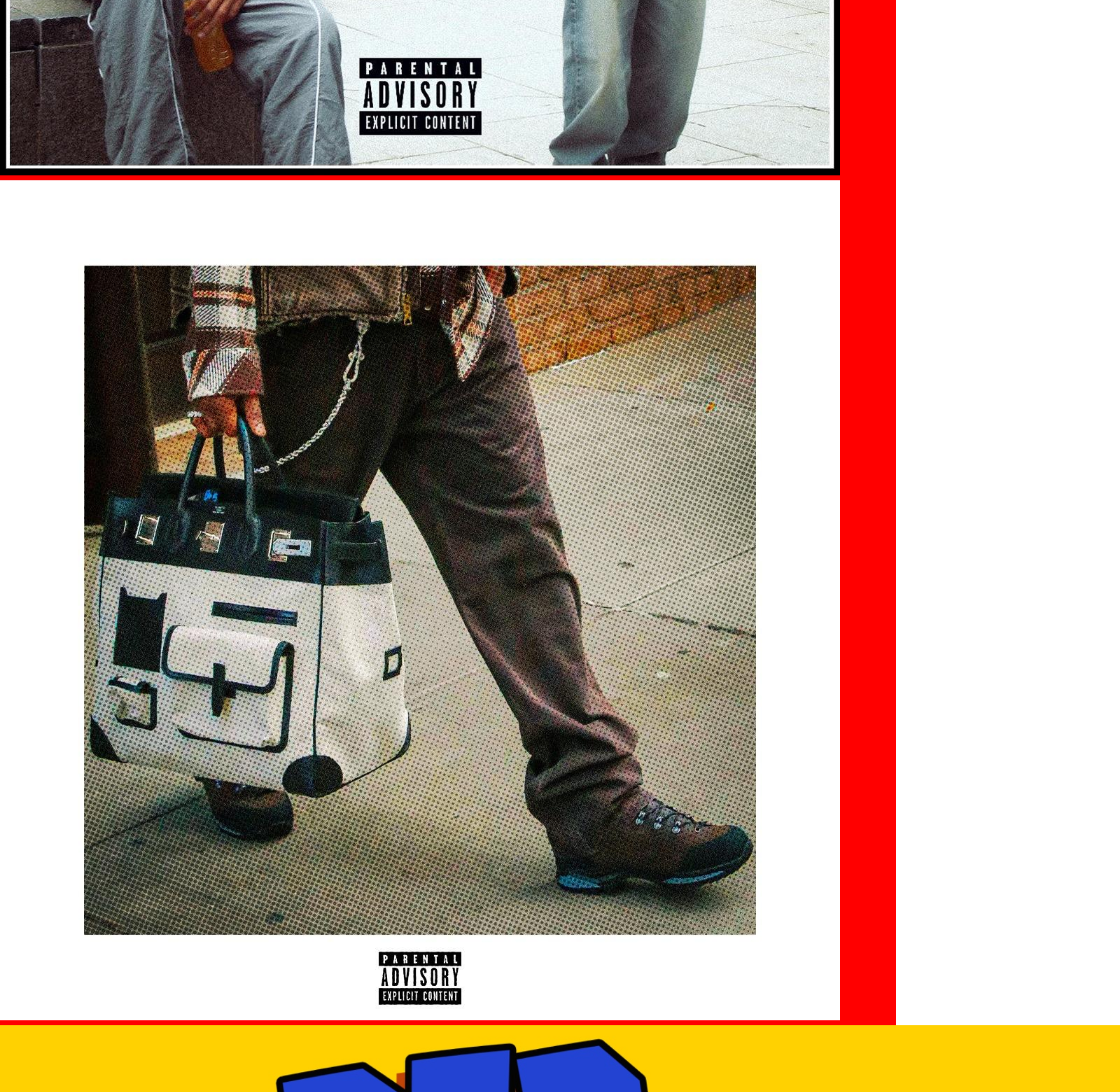
Repository: 313Kody/313plug-Site-Officiel
Page: index.html
An editor plug-in stored every save of this project. The page is shown before and after the next save, followed by the edit.
The browser window is 1280 px wide. The page is 1600 px wide, so the pictures cover 1600 px, including what lies to the right of the window. The pictures show the part of the page from y = 1619 to 3179 px (the page is 4690 px tall before and 4669 px after), at 70% of full size.
Some web fonts or font styles are not loaded; a fallback is used.

Above is the page before, as saved 2024-11-22 15:05:16.

### index.html
<!DOCTYPE html>
<html lang="en">
<head>
   <meta charset="UTF-8">
   <meta name="viewport" content="width=device-width, initial-scale=1.0">
   <title>313plug - Site Officiel</title>
   <link rel="stylesheet" href="CSS/styles.css">
   <link href="https://fonts.googleapis.com/css2?family=Fugaz+One&family=Poppins:wght@100;200;300;400;500;600;700;800;900&display=swap" rel="stylesheet">
</head>
<body>
   <section class="hautdepage">
      <nav class="main-nav">
         <!-- Logo toujours visible -->
         <div class="logo">
            <a href="index.html">
               <img src="images/313_logo_Lamauve-removebg-preview.png" alt="logo du groupe">
            </a>
         </div>

         <!-- Navbar en liens (cachée sur mobile) -->
         <ul class="nav-links hideOnMobile">
            <li><a href="musique.html" target="_blank">Musique</a></li>
            <li><a href="propos.html" target="_blank">À propos</a></li>
            <li><a href="réseau.html" target="_blank">Nos Réseaux</a></li>
         </ul>

         <!-- Icône de menu pour la sidebar (visible uniquement sur mobile) -->
         <div class="menu-button" onclick="showsidebar()">
            <svg xmlns="http://www.w3.org/2000/svg" height="28px" viewBox="0 -960 960 960" width="28px" fill="#000000">
               <path d="M120-240v-80h720v80H120Zm0-200v-80h720v80H120Zm0-200v-80h720v80H120Z"/>
            </svg>
         </div>
      </nav>

      <!-- Sidebar (initialement cachée) -->
      <aside class="sidebar" id="sidebar">
         <ul>
            <li onclick="hidesidebar()">
               <a href="#"><svg xmlns="http://www.w3.org/2000/svg" height="28px" viewBox="0 -960 960 960" width="28px" fill="#000000"><path d="m256-200-56-56 224-224-224-224 56-56 224 224 224-224 56 56-224 224 224 224-56 56-224-224-224 224Z"/></svg></a>
            </li>
            <li><a href="musique.html" target="_blank">Musique</a></li>
            <li><a href="propos.html" target="_blank">À propos</a></li>
            <li><a href="réseau.html" target="_blank">Nos Réseaux</a></li>
         </ul>
      </aside>
      <script>
         function showsidebar(){
            const sidebar = document.querySelector('.sidebar');
            sidebar.style.display = 'flex';
         }
         function hidesidebar(){
            const sidebar = document.querySelector('.sidebar');
            sidebar.style.display = 'none';
         }
      </script>

      <div class="landing-page">
         <h1 class="big-title">Découvrez la musique des artistes dans la 313plug: Shade, Lamauve et Kody !</h1>
      </div>
<!--
       <div class="button">
         <a class="button-style" href="propos.html" class="button">À propos</a>
      </div> -->

   </section>
      <section class="music">
      <h1 class="section-title">
         La musique de la 313plug
      </h1>
      <div class="cover-flex">
         <div class="cover-box">
            <img src="images/313.SHIT COVER.jpg" alt="cover 313SHIT">
         </div>
         <div class="cover-box">
            <img src="images/BUISNESS COVER.jpg" alt="cover BUISNESS">
         </div>
         <div class="cover-box">
            <img src="images/SSW TAPE.jpg" alt="cover SSW TAPE">
         </div>
      </div>
   </section>
</body>
</html>

### CSS/styles.css
/* Styles globaux */

* {
    box-sizing: border-box;
    margin: 0;
    padding: 0;
}

body {
    margin: 0 auto;
    font-family: "Poppins", sans-serif;
}

.fugaz-one {
    font-family: "Fugaz One", sans-serif;
}
/* background */

.logo img {
    width: 75px;
    align-items: baseline;
}
/* Landing page */

section.hautdepage {
    background: url('../images/TRAPSHIT COVER Banniere.jpg');
    background-size: cover;
    background-repeat: no-repeat;
    background-position: center ;
    height: 80vh;
}

.big-title {
    color: white;
    font-size: 50px;
    padding: 20px 50px;
}
/* BOUTTON A DEBUG */
/* .button {
    height: 100vh;
    display: flex;
    align-items: center;
    justify-content: center;
}

.button-style {
    position: relative;
    align-items: center;
    justify-content: center;
    padding: 10px 22px;
    background-color: #1a73e8;
    border-radius: 6px;
    color: #fff;
    font-size: 18px;
    font-weight: bold;
    text-decoration: none;
    text-align: center;
    cursor: pointer;
    transition: all 0.3s ease;
    box-shadow: 0px 4px 10px rgba(0, 0, 0, 0.3);
} */

/* .button:hover {
    background-color: #6b8ab3;
    box-shadow: 0px 6px 15px rgba(0, 0, 0, 0.4);
} */

/* Header / Navbar */
.main-nav {
    display: flex;
    align-items: center;
    justify-content: space-between;
    padding: 10px 20px;
    background-color: white;
    box-shadow: 3px 3px 5px rgba(0, 0, 0, 0.1);
}

.logo img {
    width: 75px;
}

.nav-links {
    list-style: none;
    display: flex;
    gap: 20px;
}

.nav-links li {
    height: 50px;
    display: flex;
    align-items: center;
}

.nav-links a {
    font-size: 18px;
    font-weight: 400;
    color: black;
    text-decoration: none;
    padding: 0 15px;
}

.nav-links a:hover {
    background-color: #f0f0f0;
    border-radius: 4px;
}

/* Sidebar */
.sidebar {
    position: fixed;
    top: 0;
    right: 0;
    height: 100vh;
    width: 250px;
    z-index: 999;
    background-color: rgba(255, 255, 255, 0.626);
    backdrop-filter: blur(10px);
    box-shadow: -10px 0 10px rgba(0, 0, 0, 0.1);
    display: none;
    flex-direction: column;
    align-items: flex-start;
    padding: 20px;
}

.sidebar ul {
    list-style: none;
    padding: 0;
}

.sidebar li {
    width: 100%;
}

.sidebar a {
    font-size: 18px;
    color: black;
    text-decoration: none;
    padding: 10px;
    display: block;
}

.sidebar a:hover {
    background-color: #e8e8e8;
}

/* Menu button */
.menu-button {
    display: none;
}

/* Responsive */
@media(max-width: 800px) {
    .hideOnMobile {
        display: none;
    }
    .menu-button {
        display: block;
    }
}
@media(max-width: 400px) {
    .sidebar {
        width: 100%;
    }
}
/* Titre de Section */
.section-title{
    font-size: 45px;
    font-weight: 200;
    margin-top: 25px;
    position: relative;
}

.section-title::before {
    content: "";
    position: absolute;
    background-color: rgb(0, 0, 0);
    width: 100px;
    height: 3px;
    margin-top: 7px;
}
/* section music home */

.cover-flex {
    background-color: red;
    min-height: 500px;
    position: relative;
}


/* PAGES MUSIQUES : Styles pour la section Cover */

.cover-container {
    display: contents;
    justify-content: space-around;
    align-items: baseline;
    flex-wrap: wrap;
    margin-top: 20px;
}

.cover-link {
    display: block;
    width: 200px;
    margin: 10px;
}

.cover-image {
    width: 100%;
    height: auto;
    border-radius: 10px;
    transition: transform 0.3s ease;
}

.cover-image:hover {
    transform: scale(1.05);
}

/* Autres styles pour les paragraphes */

.projet{
    font-size: medium;
    font-weight: normal;
    text-align: left;
    margin-right: 4%;
}

.text {
    font-size: small;
    font-weight: lighter;
    text-align: right;
    margin-right: 2%;
}

/* PAGES A PROPOS : images*/

.pics {
   position: relative;
   width: 70%;
   margin: 250px auto;
}


.images-propos {
    max-width: 320px;
    float: left;
    border: 3px solid black;
    border-radius: 10px;
    margin-right: 15px;
}

.images-propos2 {
    max-width: 320px;
    float: right;
    border: 3px solid black;
    border-radius: 10px;
    margin-left: 15px;
}

.text-box{
    color: black;
    font-weight: 600;
}

.text-box h1 {
    font-family: "Fugaz One", sans-serif;
    font-size: 42px;
    font-weight: 500;
}

.text-box h2 {
    font-family: "Fugaz One", sans-serif;
    font-size: 42px;
    font-weight: 500;
}

.text-box p {
    font-size: 16px;
}

After the next save:
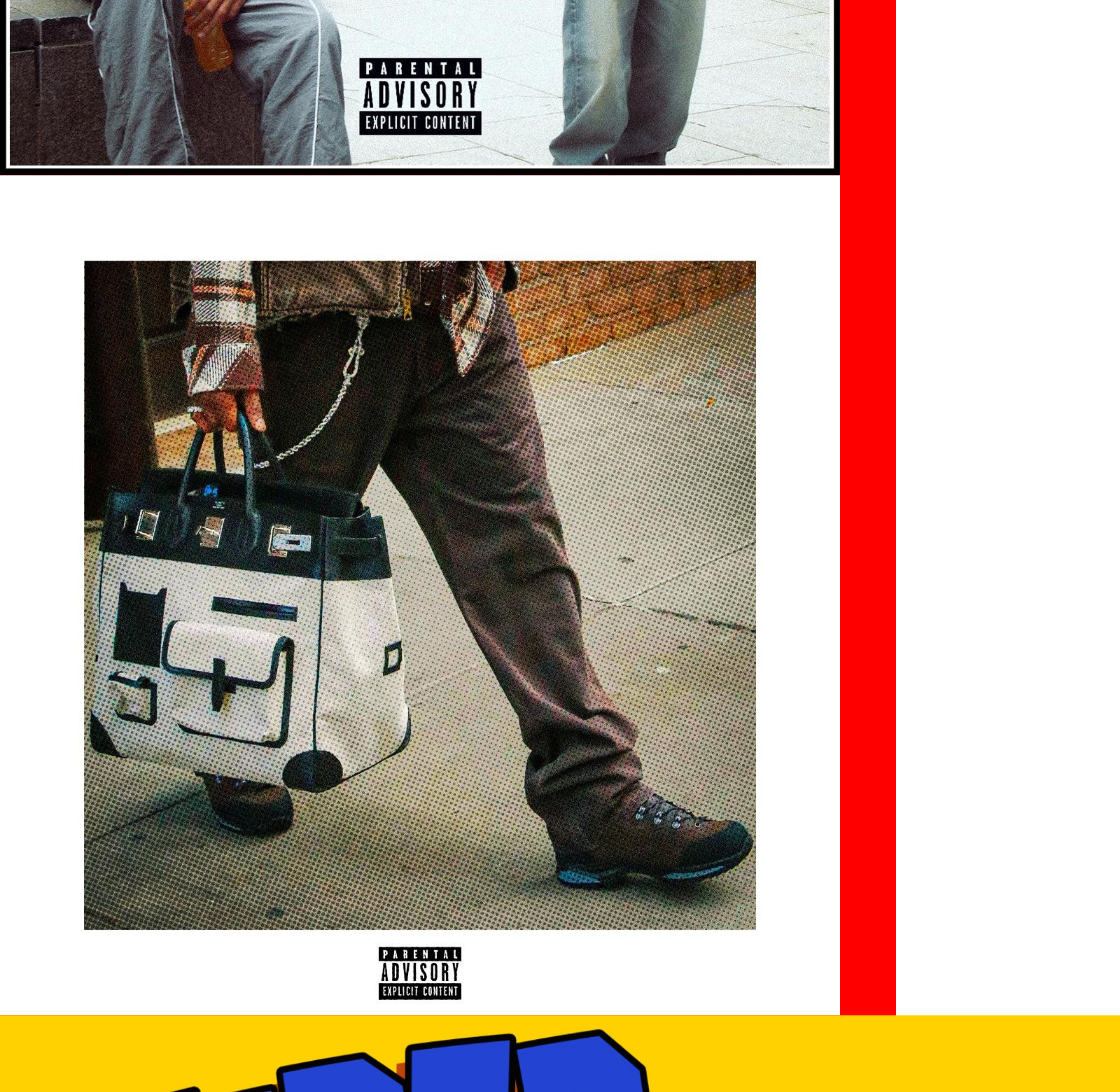
Saved 19 s later.
--- a/CSS/styles.css
+++ b/CSS/styles.css
@@ -184,7 +184,11 @@
     min-height: 500px;
     position: relative;
 }
-
+.cover-box {
+    display: flex;
+    justify-items: center;
+    align-items: flex-start;
+}
 
 /* PAGES MUSIQUES : Styles pour la section Cover */
 

After the save that followed:
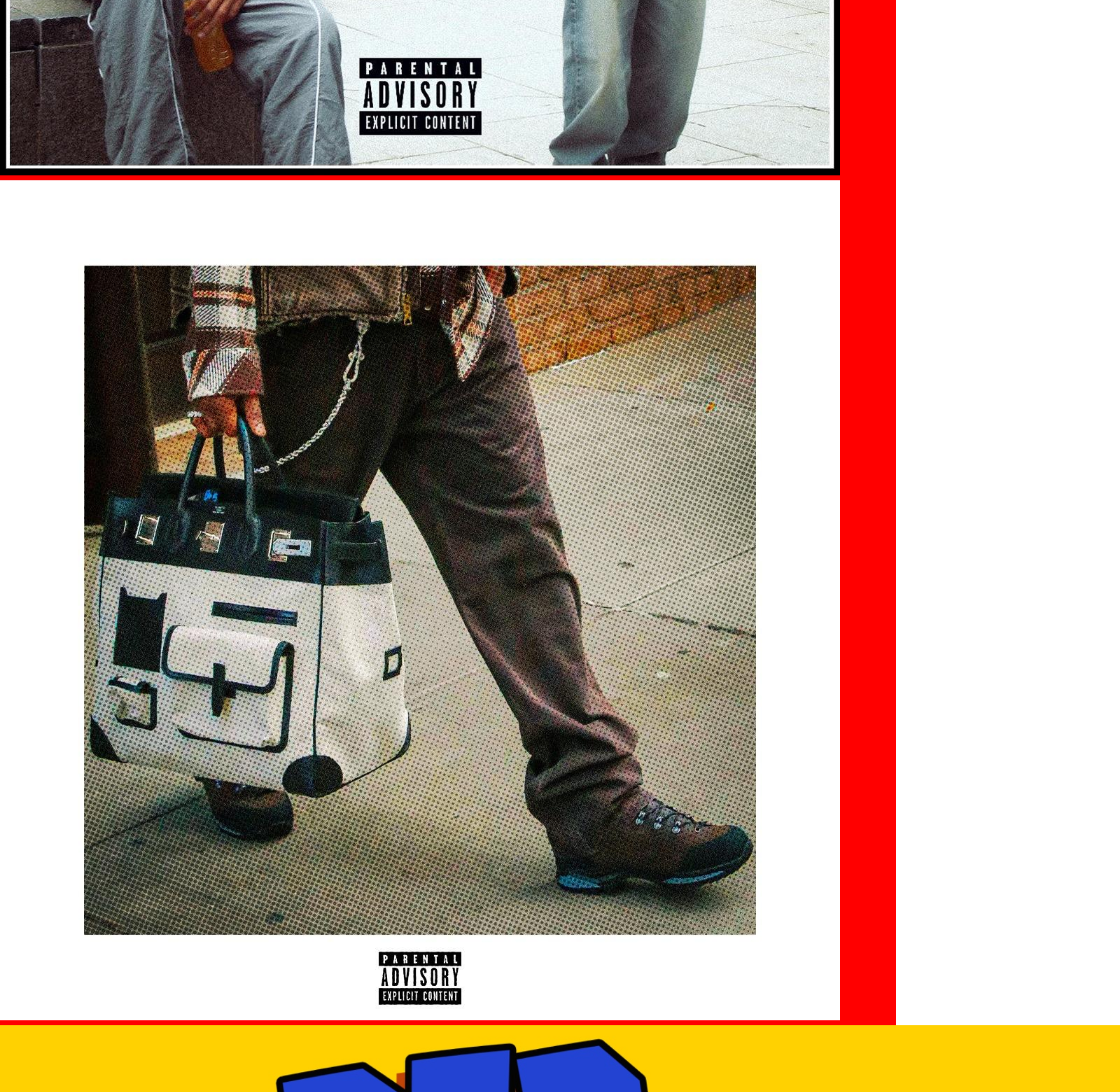
Saved 2 min 7 s later.
--- a/CSS/styles.css
+++ b/CSS/styles.css
@@ -185,9 +185,10 @@
     position: relative;
 }
 .cover-box {
-    display: flex;
+    display: inline-flex;
     justify-items: center;
     align-items: flex-start;
+
 }
 
 /* PAGES MUSIQUES : Styles pour la section Cover */
